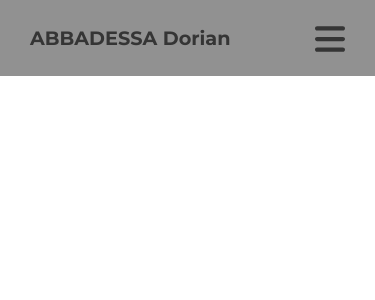
Repository: DorianABDS/Portfolio-ABBADESSA-Dorian
Page: index.html
The author's editor kept a copy of each file at every save. The page is drawn from the files as they stood at one save, then again after the next save.
The browser window is 375 px wide. The pictures show the whole page.

Above is the page before, as saved 2024-11-26 00:02:14.

After the next save:
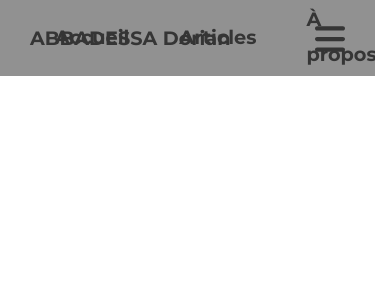
Saved 39 s later.
--- a/style.css
+++ b/style.css
@@ -93,7 +93,7 @@ html, body {
 
 @media  screen and (max-width: 425px) {
     .nav-links {
-        display: none;
+        position: absolute;
     }
 
     .navbar .menu-hamburger {
